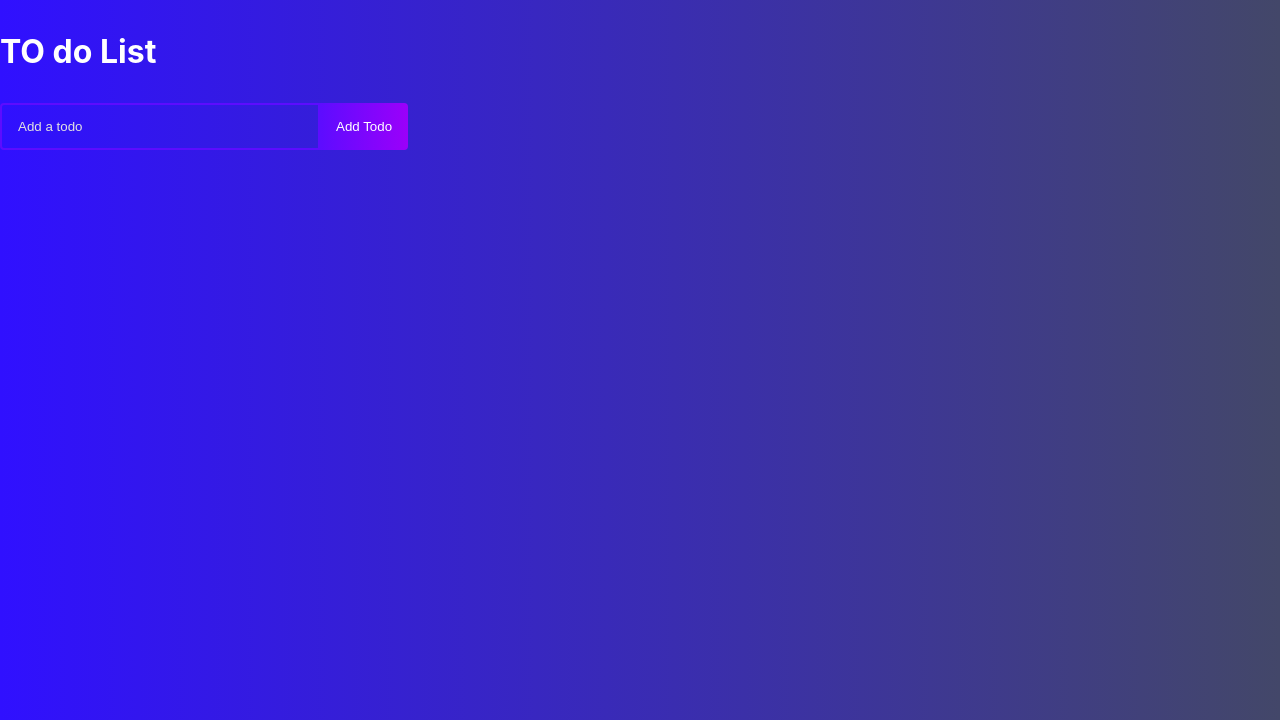
Repository: kirangautam45/ToDoList
Page: /
The author's editor kept a copy of each file at every save. The page is drawn from the files as they stood at one save, then again after a run of saves.
The browser window is 1280 px wide. The pictures show the whole page.
The project was rebuilt for these pictures with package versions that can differ from the ones it lists, and the page was loaded fresh each time. Also part of the build but not shown: src/Todo.js.

Above is the page before, as saved 2022-08-06 08:59:09.

After the next 3 saves:
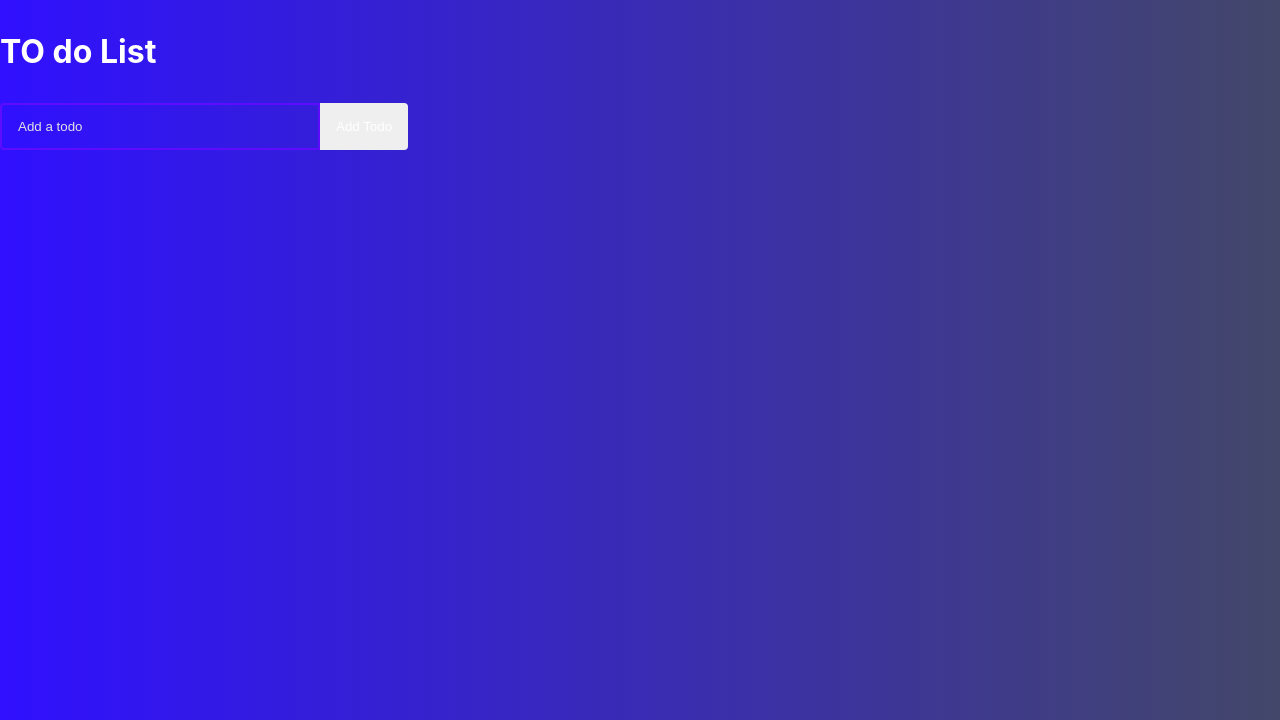
The 3 saves are shown as one change because they came seconds apart.
The last was saved 4 min 37 s later.
--- a/src/App.css
+++ b/src/App.css
@@ -58,11 +58,7 @@ h1 {
   border-radius: 0 4px 4px 0;
   cursor: pointer;
   outline: none;
-  background: linear-gradient(
-    90deg,
-    rgba(93, 12, 255, 1) 0%,
-    rgba(155, 0, 250, 1) 100%
-  );
+  background: linear;
   color: #fff;
   text-transform: capitalize;
 }
